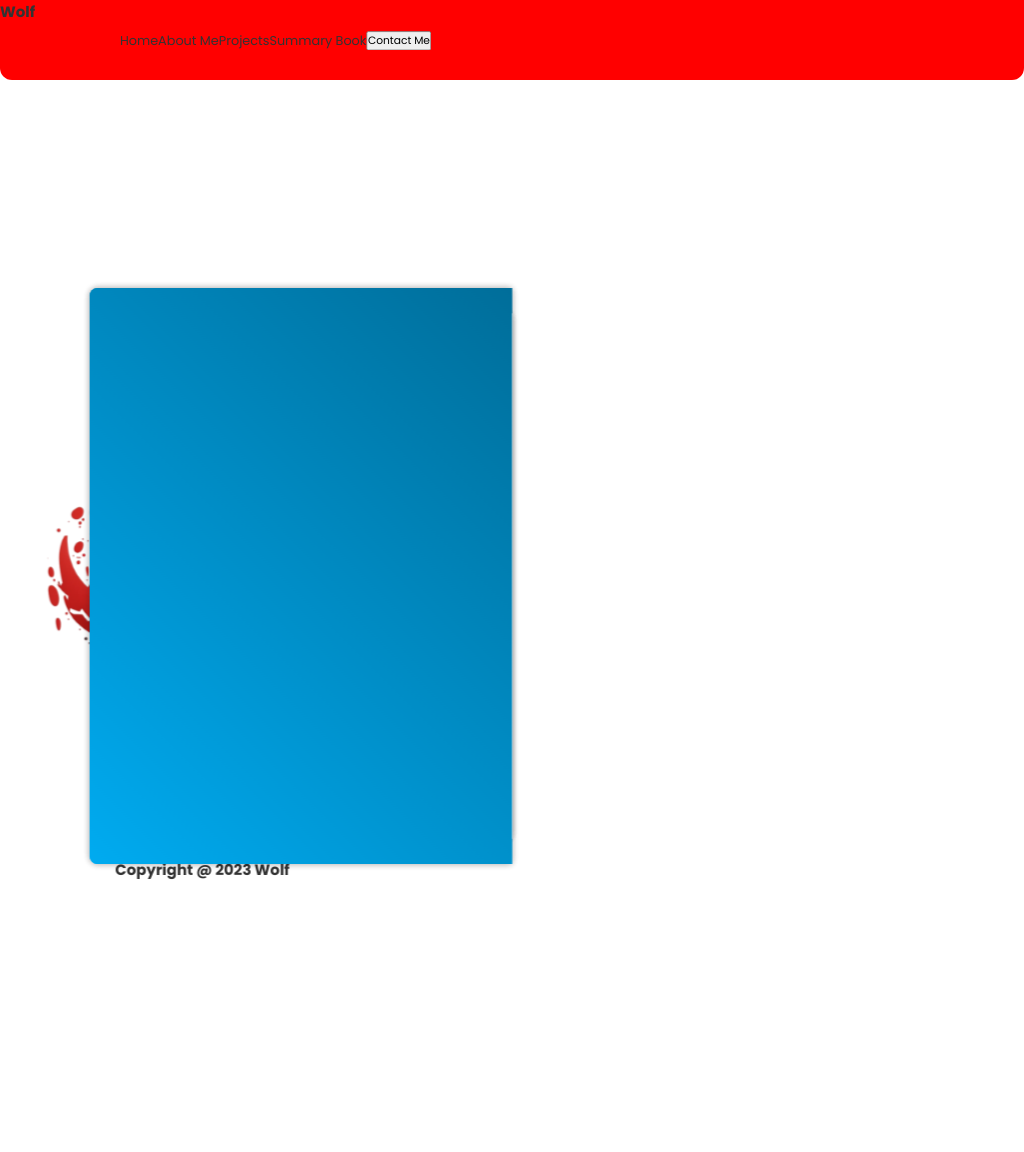
Repository: Ego-Wolf/Portfolio
Page: index.html
The author's editor kept a copy of each file at every save. The page is drawn from the files as they stood at one save, then again after a run of saves.
The browser window is 1280 px wide. The pictures show the whole page, at 80% of full size.
Pictures or frames that could not be fetched are drawn as grey boxes.

Above is the page before, as saved 2023-12-14 17:00:21.

After the next 2 saves:
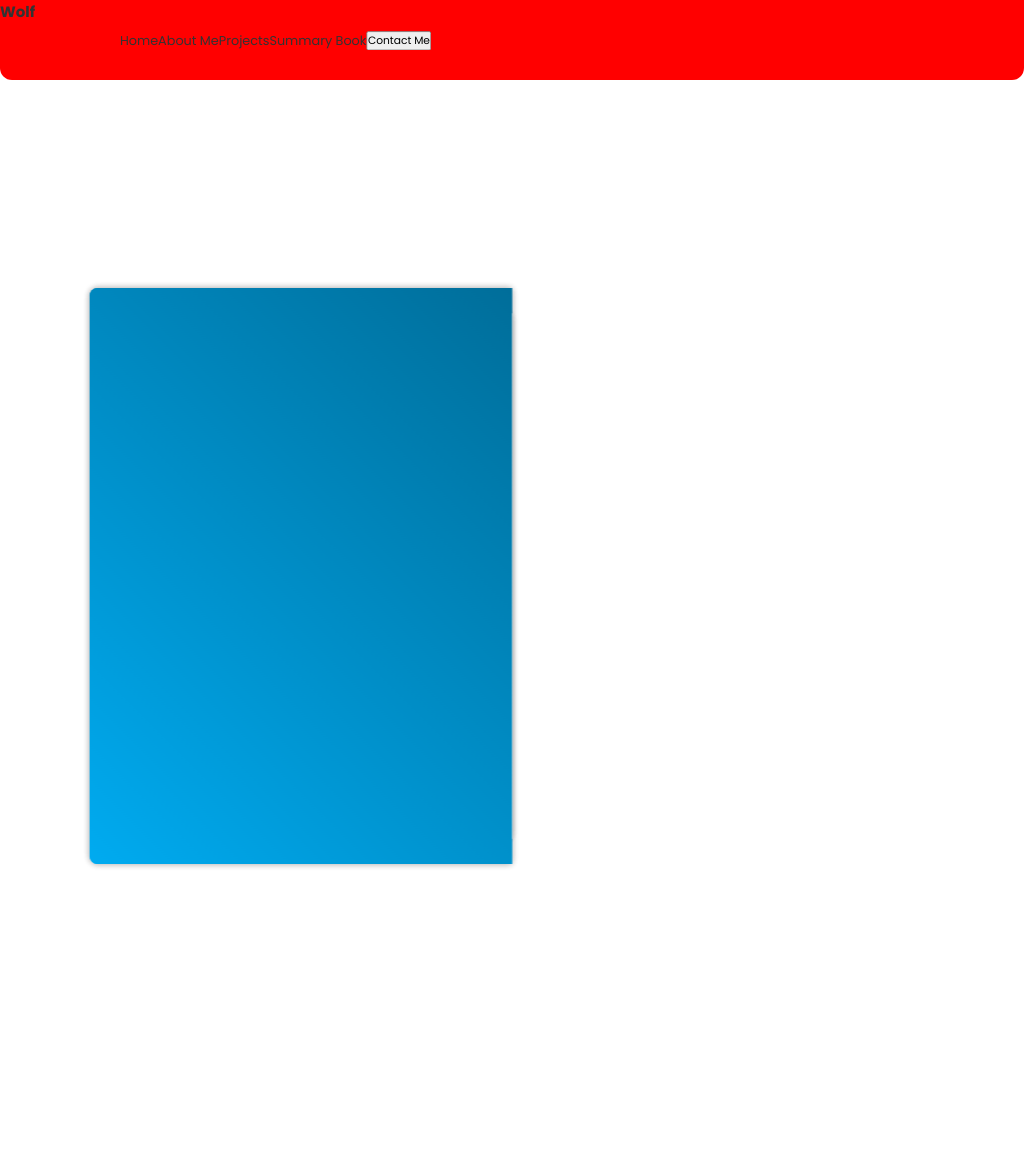
The 2 saves are shown as one change because they came seconds apart.
The last was saved 27 s later.
--- a/index.html
+++ b/index.html
@@ -260,13 +260,8 @@
                     </div>
                 </div>
 
-                <!-- Page 7 -->
-                <div class="book-page page-right turn" id="turn-4">
-                    <!-- <div class="page-front"> -->
-                        <img src="./assets/wolf-book.png" alt="#">
-                    <!-- </div> -->
-                </div>
-        </div><br>
+
+        </div>
 
         <!-- Footer -->
         <div class="footer">
